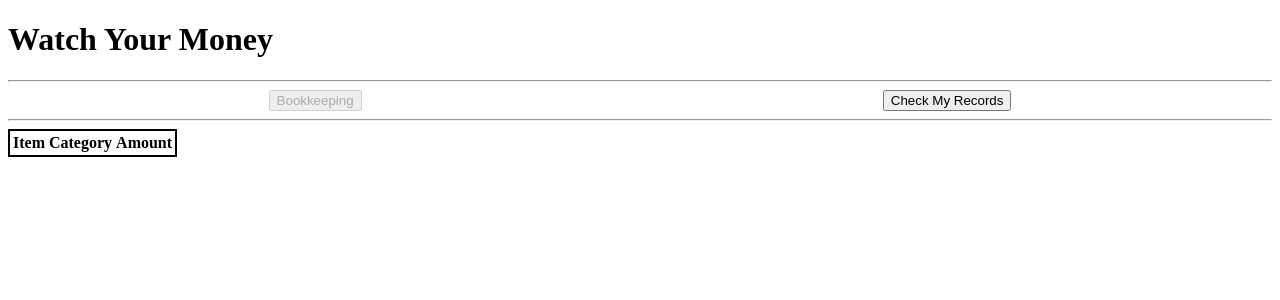
Repository: chelsea9869/Hackathon-TNT
Page: http://localhost/app/watch_your_money.php
An editor plug-in stored every save of this project. The page is shown before and after a run of saves, followed by the edit.
The browser window is 1280 px wide. The pictures show the whole page.
The page is run by PHP 8.4 with error messages shown; the project is at /var/www/html/.

Above is the page before, as saved 2020-09-05 11:17:15.

After the next 4 saves:
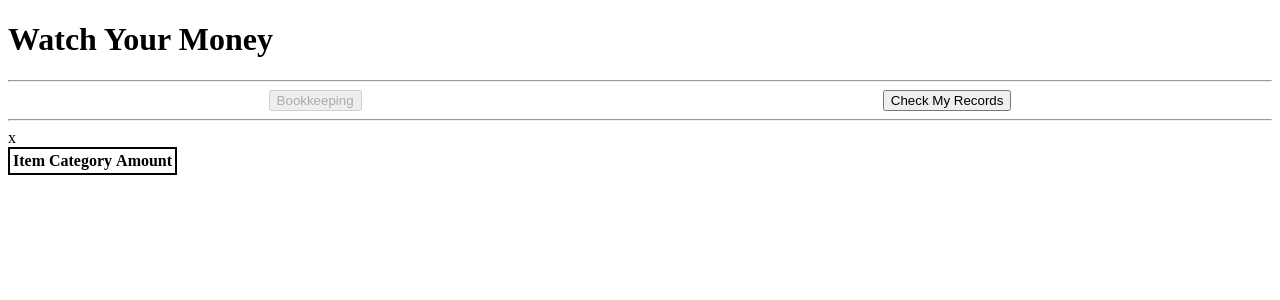
The 4 saves are shown as one change because they came seconds apart.
The last was saved 8 s later.
--- a/app/watch_your_money.php
+++ b/app/watch_your_money.php
@@ -18,9 +18,9 @@
     </div>
     <hr>
     <div id='main-content'>
-        <div id='bookkeeping'>
+        <div id='bookkeeping'>x
+        <form name='bookkeeping-table-form' action="post">
             <table id='bookkeeping-table' style="border:2px solid">
-                <form name='bookkeeping-table-form' action="post">
                     <tr>
                         <th>Item</th>
                         <th>Category</th>
@@ -28,7 +28,7 @@
                     </tr>
 
 
-            </table>
+                </table>
             </form>
         </div>
     </div>
